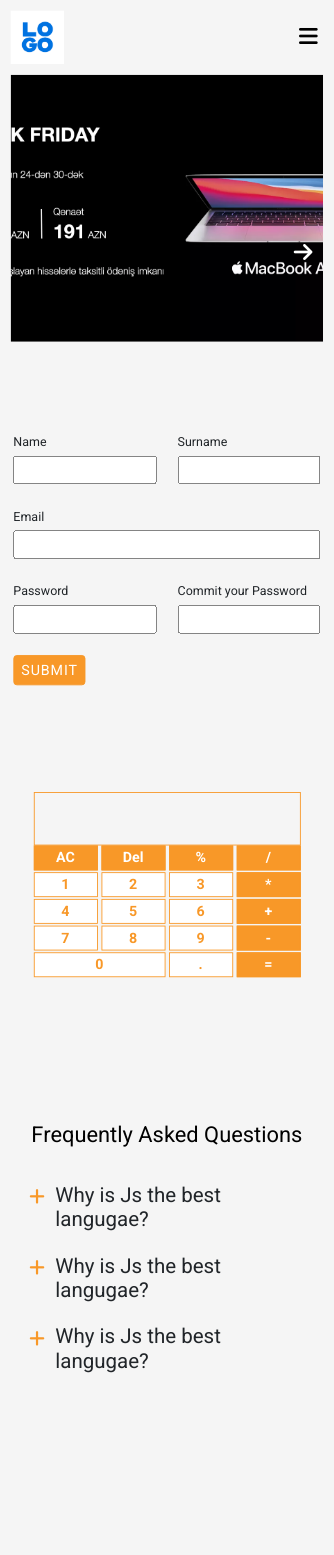
Repository: RamalYusifov7/Custom-components--Core-JavaScript
Page: index.html
An editor plug-in stored every save of this project. The page is shown before and after a run of saves, followed by the edit.
The browser window is 375 px wide. The pictures show the whole page, at 89% of full size.

Above is the page before, as saved 2023-01-09 12:17:11.

### index.html
<!DOCTYPE html>
<html lang="en">

<head>
  <meta charset="UTF-8" />
  <meta http-equiv="X-UA-Compatible" content="IE=edge" />
  <meta name="viewport" content="width=device-width, initial-scale=1.0" />
  <title>Document</title>
  <link rel="stylesheet" href="https://cdnjs.cloudflare.com/ajax/libs/font-awesome/6.2.1/css/all.min.css"
    integrity="sha512-MV7K8+y+gLIBoVD59lQIYicR65iaqukzvf/nwasF0nqhPay5w/9lJmVM2hMDcnK1OnMGCdVK+iQrJ7lzPJQd1w=="
    crossorigin="anonymous" referrerpolicy="no-referrer" />
  <link href="https://cdn.jsdelivr.net/npm/bootstrap@5.2.2/dist/css/bootstrap.min.css" rel="stylesheet"
    integrity="sha384-Zenh87qX5JnK2Jl0vWa8Ck2rdkQ2Bzep5IDxbcnCeuOxjzrPF/et3URy9Bv1WTRi" crossorigin="anonymous">
</head>
<link rel="stylesheet" href="css/style.css" />
<link rel="stylesheet" href="css/responsive.css" />
</head>

<body>
  <!-- preloader -->
  <div class="preloader">
    <img src="img/Bounce-Bar-Preloader-1.gif" alt="" width="100%">
  </div>
  <!-- Custom Mneu -->
  <header class="main-header">
    <div class="container">
      <div class="logo">
        <a href="#">
          <img src="img/logo-social.png" alt="" />
        </a>
      </div>
      <nav class="navbar">
        <button type="button" class="button-unstyled" id="menu-btn">
          <span class="menu-icon">
            <i class="fa-solid fa-bars"></i>
          </span>
        </button>
        <div class="sidebar-wrapper">
          <div class="sidebar">
            <div class="sidebar-header">
              <h3 class="sidebar-title">Menu</h3>
              <button type="button" class="close-btn button-unstyled" id="sidebar-close-btn">
                <span class="close-icon">
                  <i class="fa-solid fa-xmark"></i>
                </span>
              </button>
            </div>
            <ul class="sidebar-list">
              <li><a href="#">Home</a></li>
              <li><a href="#">Services</a></li>
              <li><a href="#">Blog</a></li>
              <li><a href="#">Conact</a></li>
            </ul>
          </div>
        </div>
      </nav>
    </div>
  </header>
  <!-- Custom Slider -->
  <section class="page-banner">
    <div class="container">
      <div class="banner-container position-relative">
        <div class="banner-img">
          <a href=""><img src="img/adver-1.png" alt=""></a>
        </div>
        <div class="banner-img">
          <a href=""><img src="img/adver-2.png" alt=""></a>
        </div>
        <div class="banner-img">
          <a href=""><img src="img/adver-2.png" alt=""></a>
        </div>
        <div class="banner-img">
          <a href=""><img src="img/adver-3.png" alt=""></a>
        </div>
        <div class="banner-slider-btns ">
          <button type="button" class="button-unstyled prev-btn" id="banner-prev-btn">
            <span class="prev-icon">
              <i class="fa-solid fa-arrow-left"></i>
            </span>
          </button>
          <button type="button" class="button-unstyled next-btn" id="banner-next-btn">
            <span class="next-icon">
              <i class="fa-solid fa-arrow-right"></i>
            </span>
          </button>
        </div>
      </div>
    </div>
  </section>
  <!-- Custom validation -->
  <section class="validation-section">
    <div class="validation-container">
      <form action="" name="contactForm">
        <div class="row">
          <div class="col-6">
            <div class="contact-form-item">
              <label for="name">Name</label>
              <input type="text" name="name" id="name" class="simple-input">
              <div class="error-message">
                Error, fill the input
              </div>
              <div class="success-message">
                Correct !
              </div>
            </div>
          </div>
          <div class="col-6">
            <div class="contact-form-item">
              <label for="surname">Surname</label>
              <input type="text" name="surname" id="surname" class="simple-input">
              <div class="error-message">
                Error, fill the input
              </div>
              <div class="success-message">
                Correct !
              </div>
            </div>
          </div>
          <div class="col-12">
            <div class="contact-form-item">
              <label for="email">Email</label>
              <input type="text" name="email" id="email">
              <div class="error-message">
                Enter a valid email
              </div>
              <div class="success-message">
                Correct !
              </div>
            </div>
          </div>
          <div class="col-6">
            <div class="contact-form-item">
              <label for="password">Password</label>
              <input type="password" name="password" id="password">
              <div class="password-error-message">
                Password must contain at least 8 characters
              </div>
              <div class="success-message">
                Correct !
              </div>
            </div>
          </div>
          <div class="col-6">
            <div class="contact-form-item">
              <label for="commit-password">Commit your Password</label>
              <input type="password" name="commitPassword" id="commit-password">
              <div class="commit-password-error-message">
                Password doesn"t match
              </div>
              <div class="success-message">
                Correct !
              </div>
            </div>
          </div>
        </div>
        <button type="submit" class="submit-btn">Submit</button>
      </form>
    </div>
  </section>
  <!-- Calculator -->
  <section class="calculator-section">
    <div class="container">
      <div class="calculator-container">
        <div class="calculation-result">

        </div>
        <div class="calculation-btns">
          <div class="row">
            <div class="col-3">
              <button type="button" class="operation-btn" id="calc-delete-all-btn"">AC</button>
            </div>
            <div class=" col-3">
                <button type="button " class="operation-btn" id="calc-delete-btn">Del</button>
            </div>
            <div class="col-3">
              <button type="button" id="findPercentage">%</button>
            </div>
            <div class="col-3">
              <button type="button">/</button>
            </div>
            <div class="col-3">
              <button type="button" class="number-btn">1</button>
            </div>
            <div class="col-3">
              <button type="button" class="number-btn">2 </button>
            </div>
            <div class="col-3">
              <button type="button" class="number-btn">3</button>
            </div>
            <div class="col-3">
              <button type="button" >*</button>
            </div>
            <div class="col-3">
              <button type="button"  class="number-btn">4</button>
            </div>
            <div class="col-3">
              <button type="button" class="number-btn">5</button>
            </div>
            <div class="col-3">
              <button type="button" class="number-btn">6</button>
            </div>
            <div class="col-3">
              <button type="button ">+</button>
            </div>
            <div class="col-3">
              <button type="button" class="number-btn">7</button>
            </div>
            <div class="col-3">
              <button type="button" class="number-btn">8</button>
            </div>
            <div class="col-3">
              <button type="button" class="number-btn">9</button>
            </div>
            <div class="col-3">
              <button type="button">-</button>
            </div>
            <div class="col-6">
              <button type="button" class="number-btn">0</button>
            </div>
            <div class="col-3">
              <button type="button" class="number-btn">.</button>
            </div>
            <div class="col-3">
              <button type="button" id="equal-btn" class="equality-btn">=</button>
            </div>
          </div>
        </div>
      </div>
    </div>
  </section>
  <!-- Accordion -->
  <section class="faq-section">
    <h2 class="section-title">
      Frequently Asked Questions
    </h2>
    <div class="container">
      <div class="row">
        <div class="col-12 col-sm-6 col-lg-4">
          <div class="single-accordion">
            <div class="accordion">
              <div class="accordion-left">
                <button class="accordion-btn" >
                   <span class="plus-icon"><i class="fa-solid fa-plus"></i></span>
                   <span class="minus-icon"><i class="fa-solid fa-minus"></i></span>
                </button>
              </div>
              <div class="accordion-right">
                <h3 class="accordion-header">Why is Js the best langugae?</h3>
                <div class="accordion-content">
                  Lorem ipsum dolor sit amet consectetur adipisicing elit. Nulla, ad
                  nesciunt? Cumque odio quas eos quibusdam, ipsam at temporibus
                  molestiae deleniti id esse. Illo doloribus quis accusantium sit
                  recusandae animi.
                </div>
              </div>
            </div>
          </div>
        </div>
        <div class="col-12 col-sm-6 col-lg-4">
          <div class="single-accordion">
            <div class="accordion">
              <div class="accordion-left">
                <button class="accordion-btn" >
                   <span class="plus-icon"><i class="fa-solid fa-plus"></i></span>
                   <span class="minus-icon"><i class="fa-solid fa-minus"></i></span>
                </button>
              </div>
              <div class="accordion-right">
                <h3 class="accordion-header">Why is Js the best langugae?</h3>
                <div class="accordion-content">
                  Lorem ipsum dolor sit amet consectetur adipisicing elit. Nulla, ad
                  nesciunt? Cumque odio quas eos quibusdam, ipsam at temporibus
                  molestiae deleniti id esse. Illo doloribus quis accusantium sit
                  recusandae animi.
                </div>
              </div>
            </div>
          </div>
        </div>
        <div class="col-12 col-sm-6 col-lg-4">
          <div class="single-accordion">
            <div class="accordion">
              <div class="accordion-left">
                <button class="accordion-btn" >
                   <span class="plus-icon"><i class="fa-solid fa-plus"></i></span>
                   <span class="minus-icon"><i class="fa-solid fa-minus"></i></span>
                </button>
              </div>
              <div class="accordion-right">
                <h3 class="accordion-header">Why is Js the best langugae?</h3>
                <div class="accordion-content">
                  Lorem ipsum dolor sit amet consectetur adipisicing elit. Nulla, ad
                  nesciunt? Cumque odio quas eos quibusdam, ipsam at temporibus
                  molestiae deleniti id esse. Illo doloribus quis accusantium sit
                  recusandae animi.
                </div>
              </div>
            </div>
          </div>
        </div>
      </div>
    </div>
  </section>
  <script src="js/script.js"></script>
</body>

</html>

### css/style.css
@import url("https://fonts.googleapis.com/css2?family=Roboto:wght@400;700&display=swap");
* {
  font-family: "Roboto", sans-serif;
  box-sizing: border-box;
}
:root {
  --primary: #f89828;
  --transition: 0.4s ease all;
}
body {
  margin: 0;
  background-color: #f5f5f5;
}
/* Preloader                 */
.preloader {
  position: fixed;
  top: 0;
  bottom: 0;
  left: 0;
  right: 0;
  display: flex;
  align-items: center;
  justify-content: center;
  visibility: visible;
  z-index: 9999999;
}
.preloader.hide {
  visibility: hidden;
  z-index: -999999;
}
/*         MENU                   */
.logo {
  width: 60px;
  height: 60px;
}
.logo img {
  width: 100%;
  height: 100%;
  object-fit: cover;
}
.main-header {
  padding: 12px 0;
}
.main-header > .container {
  display: flex;
  align-items: center;
  justify-content: space-between;
}
.sidebar {
  position: fixed;
  left: 0;
  top: 0;
  bottom: 0;
  width: 300px;
  height: 100%;
  background-color: #1e212c;
  padding: 23px 16px;
  transform: translateX(-100%);
  z-index: 9999;
  transition: var(--transition);
}
.sidebar.show {
  transform: translateX(0);
}
.sidebar-list {
  margin: 0;
  padding: 0;
  list-style-type: none;
}
.sidebar-list li a {
  color: white;
  text-decoration: none;
  font-size: 20px;
  transition: var(--transition);
}
.sidebar-list li {
  margin-bottom: 12px;
}
.sidebar-list li a:hover {
  color: var(--primary);
}
.sidebar-title {
  color: white;
  font-size: 32px;
  margin: 0;
}
.button-unstyled {
  background-color: transparent;
  border: none;
}
.close-icon i {
  color: white;
  font-size: 24px;
}
.menu-icon i {
  font-size: 24px;
}
.sidebar-header {
  display: flex;
  align-items: center;
  justify-content: space-between;
  margin-bottom: 32px;
}
.sidebar-wrapper.active {
  width: 100%;
  height: 100%;
  background: rgba(0, 0, 0, 0.525);
  position: fixed;
  top: 0;
  left: 0;
  z-index: 99999;
}
/* Home banner */
.page-banner {
  padding-top: 40px;
  padding-bottom: 80px;
}
.banner-img {
  height: 400px;
  overflow: hidden;
}
.banner-img img {
  width: 100%;
  height: 100%;
  object-fit: cover;
  object-position: center;
}
.banner-slider-btns button {
  color: white;
  display: flex;
  align-items: center;
  height: 100%;
  position: absolute;
  top: 0;
  font-size: 24px;
}
.banner-slider-btns .prev-btn {
  display: none;
  left: 6px;
}
.banner-slider-btns .next-btn {
  right: 6px;
}
.banner-container {
  min-height: 400px;
  overflow: hidden;
}
.banner-img {
  position: absolute;
  width: 100%;
  transition: 0.5s ease-in-out all;
}

/*                          validation                       */

.validation-container {
  max-width: 700px;
  margin: auto;
  padding: 0 15px;
}
.contact-form-item input {
  width: 100%;
  height: 44px;
  outline: none;
  padding-left: 8px;
  margin-top: 4px;
}
.contact-form-item {
  margin-bottom: 24px;
}
.error-message,
.password-error-message,
.commit-password-error-message {
  font-size: 12px;
  color: red;
  margin-top: 4px;
  display: none;
}
.success-message {
  font-size: 12px;
  color: green;
  margin-top: 4px;
  display: none;
}
.contact-form-item.error .error-message {
  display: block;
}
.contact-form-item.success .success-message {
  display: block;
}
.submit-btn {
  background-color: var(--primary);
  color: white;
  border-radius: 4px;
  border: 1px solid var(--primary);
  min-width: 80px;
  padding: 4px 8px;
  text-transform: uppercase;
  letter-spacing: 1px;
  transition: var(--transition);
}
.submit-btn:hover {
  background-color: white;
  color: var(--primary);
}
/* Calculator */
.calculator-section {
  padding-top: 120px;
  padding-bottom: 80px;
}
.calculator-container {
  max-width: 300px;
  margin: auto;
}
.calculation-btns button {
  border: 1px solid var(--primary);
  width: 100%;
  margin-bottom: 2px;
  background-color: white;
  color: var(--primary);
  font-weight: 700;
  transition: var(--transition);
}
.calculation-btns button:not(.number-btn) {
  background-color: var(--primary);
  color: white;
}

.calculation-btns button:hover {
  background-color: white;
  color: var(--primary);
}
.calculation-btns .row > * {
  padding: 0 2px;
}
.calculation-btns .row {
  margin-left: -2px;
  margin-right: -2px;
}
.calculation-result {
  border: 1px solid var(--primary);
  height: 60px;
  padding: 4px 6px;
  display: flex;
  align-items: flex-end;
  justify-content: flex-end;
  color: var(--primary);
  font-size: 24px;
  font-weight: 600;
}

/* Accordion */
.faq-section {
  padding: 80px 0 180px;
}
.single-accordion {
  margin-bottom: 24px;
}
.accordion {
  display: flex;
}
.accordion-left {
  width: 10%;
  padding: 0 15px;
}
.accordion-right {
  width: 90%;
  padding: 0 15px;
}
h3 {
  margin: 0;
}
.accordion-content {
  display: none;
}
.collapsed .accordion-content {
  display: block;
}
.minus-icon {
  display: none;
}
.collapsed .plus-icon {
  display: none;
}
.collapsed .minus-icon {
  display: block;
}
.accordion-btn {
  background: transparent;
  border: none;
  color: var(--primary);
  font-size: 20px;
}
.section-title {
  text-align: center;
  margin-bottom: 40px;
  color: black;
}

@media (max-width:600px){
  .contact-form-item label{
    font-size: 14px;
  }
  .contact-form-item input{
    height: 32px;
  }
  .banner-img {
    height: 300px;
    overflow: hidden;
  }
  .page-banner{
    padding: 0;
  }
  .ca
}

### css/responsive.css
@media (min-width: 1499px) {
  .prev-btn {
    left: 30px;
  }
  .next-btn {
    right: 30px;
  }
}

### js/script.js
// preloader
const preloader = document.querySelector(".preloader");
window.onload = function () {
  preloader.classList.add("hide");
};

// Menu      //////////
let menuBtn = document.getElementById("menu-btn");
let sidebarCloseBtn = document.getElementById("sidebar-close-btn");
let sideBar = document.querySelector(".sidebar");
let sidebarWrapper = document.querySelector(".sidebar-wrapper");
menuBtn.onclick = function () {
  sideBar.classList.add("show");
  sidebarWrapper.classList.add("active");
};
function hideSidebar() {
  sideBar.classList.remove("show");
  sidebarWrapper.classList.remove("active");
}
sidebarCloseBtn.onclick = function (e) {
  hideSidebar();
};
sidebarWrapper.onclick = function () {
  hideSidebar();
};
sideBar.onclick = function (e) {
  e.stopPropagation();
};

// Slider         //////////
const bannerImgs = document.querySelectorAll(".banner-img");
const bannerPrevBtn = document.getElementById("banner-prev-btn");
const bannerNextBtn = document.getElementById("banner-next-btn");
bannerImgs.forEach((item, index) => {
  item.style.left = `${index * 100}%`;
});
let slideCounter = 0;
function slideNext() {
  slideCounter++;
  slideMove();
}
bannerNextBtn.onclick = function () {
  slideNext();
};
bannerPrevBtn.onclick = function () {
  slideCounter--;
  slideMove();
};
function slideMove() {
  if (slideCounter == bannerImgs.length) {
    slideCounter = 0;
  }
  if (slideCounter < 0) {
    slideCounter = bannerImgs.length - 1;
  }

  // hiding prevbtn
  if (slideCounter == 0) {
    bannerPrevBtn.style.display = "none";
  } else {
    bannerPrevBtn.style.display = "block";
  }
  //  hiding nextbtn
  if (slideCounter == bannerImgs.length - 1) {
    bannerNextBtn.style.display = "none";
  } else {
    bannerNextBtn.style.display = "block";
  }

  bannerImgs.forEach((bannerImg) => {
    bannerImg.style.transform = `translateX(-${slideCounter * 100}%)`;
  });
}
window.setInterval(slideNext, 10000);


// Validation              ///////////////
let contactForm = document.forms.contactForm;
let simpleInputs = document.querySelectorAll(
  ".contact-form-item input.simple-input"
);
let commitPassword = contactForm.commitPassword;
let password = contactForm.password;
let email = contactForm.email;
let passwordError = document.querySelector(".password-error-message");
let commitPasswordError = document.querySelector(
  ".commit-password-error-message"
);
function successFunc(element) {
  element.parentElement.classList.remove("error");
  element.parentElement.classList.add("success");
  element.style.border = "1px solid green";
}
function errorFunc(element) {
  element.parentElement.classList.remove("success");
  element.parentElement.classList.add("error");
  element.style.border = "1px solid red";
}
contactForm.onsubmit = function (e) {
  // for simple inputs :  name, surname etc
  for (let i = 0; i < simpleInputs.length; i++) {
    if (simpleInputs[i].value == "") {
      errorFunc(simpleInputs[i]);
    } else {
      successFunc(simpleInputs[i]);
    }
  }

  // checking if commit password"s value is eqaul to passoword"s value
  if (commitPassword.value !== password.value || commitPassword.value == "") {
    commitPasswordError.style.display = "block";
    errorFunc(commitPassword);
  } else {
    commitPasswordError.style.display = "none";
    successFunc(commitPassword);
  }

  // checking if password"s value contains at least 8 characters
  if (password.value.length < 8) {
    passwordError.style.display = "block";
    errorFunc(password);
  } else {
    passwordError.style.display = "none";
    successFunc(password);
  }

  // checking if the value is a valid email
  if (
    !email.value.match(
      /^(([^<>()[\]\\.,;:\s@"]+(\.[^<>()[\]\\.,;:\s@"]+)*)|(".+"))@((\[[0-9]{1,3}\.[0-9]{1,3}\.[0-9]{1,3}\.[0-9]{1,3}\])|(([a-zA-Z\-0-9]+\.)+[a-zA-Z]{2,}))$/
    )
  ) {
    errorFunc(email);
  } else successFunc(email);
  e.preventDefault();
};

// Calcualtor
let calcResult = document.querySelector(".calculation-result");
let calcBtns = document.querySelectorAll(
  ".calculation-btns button:not(.operation-btn"
);
let equalBtn = document.getElementById("equal-btn");
console.log(calcBtns);
let calcDeleteAllBtn = document.getElementById("calc-delete-all-btn");
let calcDeleteBtn = document.getElementById("calc-delete-btn");
calcBtns.forEach((btn) => {
  btn.onclick = function () {
    calcResult.innerText += this.innerText;
  };
});
equalBtn.onclick = function () {
  try {
    calcResult.innerText = eval(calcResult.innerText);
  } catch {
    calcResult.innerText = "";
  }
};
calcDeleteAllBtn.onclick = function () {
  calcResult.innerText = "";
};
calcDeleteBtn.onclick = function () {
  calcResult.innerText = calcResult.innerText.slice(0, -1);
};

// Accordion
const accordions = document.querySelectorAll(".accordion");
accordions.forEach((accordion) => {
  const accordionBtn = accordion.querySelector(".accordion-btn");
  accordionBtn.onclick = function () {
    accordions.forEach((item) => {
      if (item !== accordion) {
        item.classList.remove("collapsed");
      }
    });
    accordion.classList.toggle("collapsed");
  };
});

After the next 5 saves:
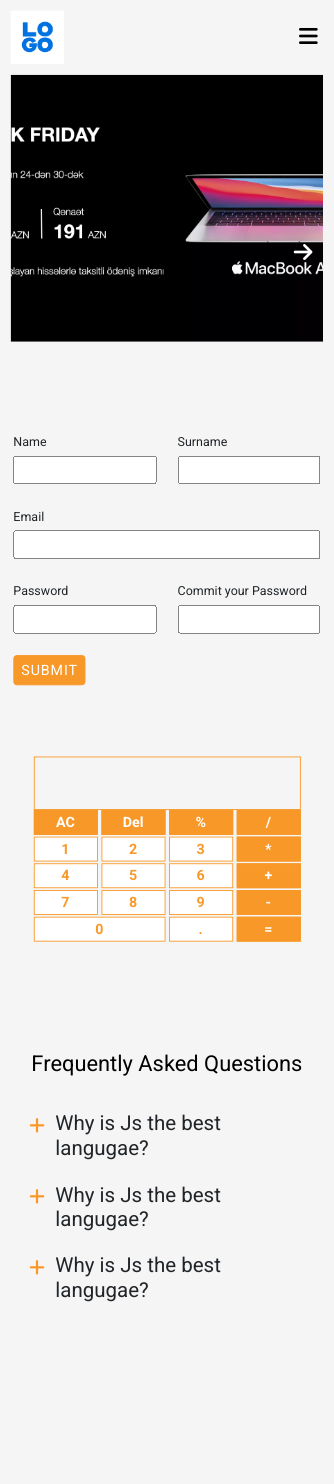
The 5 saves are shown as one change because they came seconds apart.
The last was saved 15 s later.
--- a/css/style.css
+++ b/css/style.css
@@ -311,5 +311,8 @@
   .page-banner{
     padding: 0;
   }
-  .ca
-}
+  .calculator-section{
+    padding-top: 80px;
+    padding-bottom: 40px;
+  }
+}
